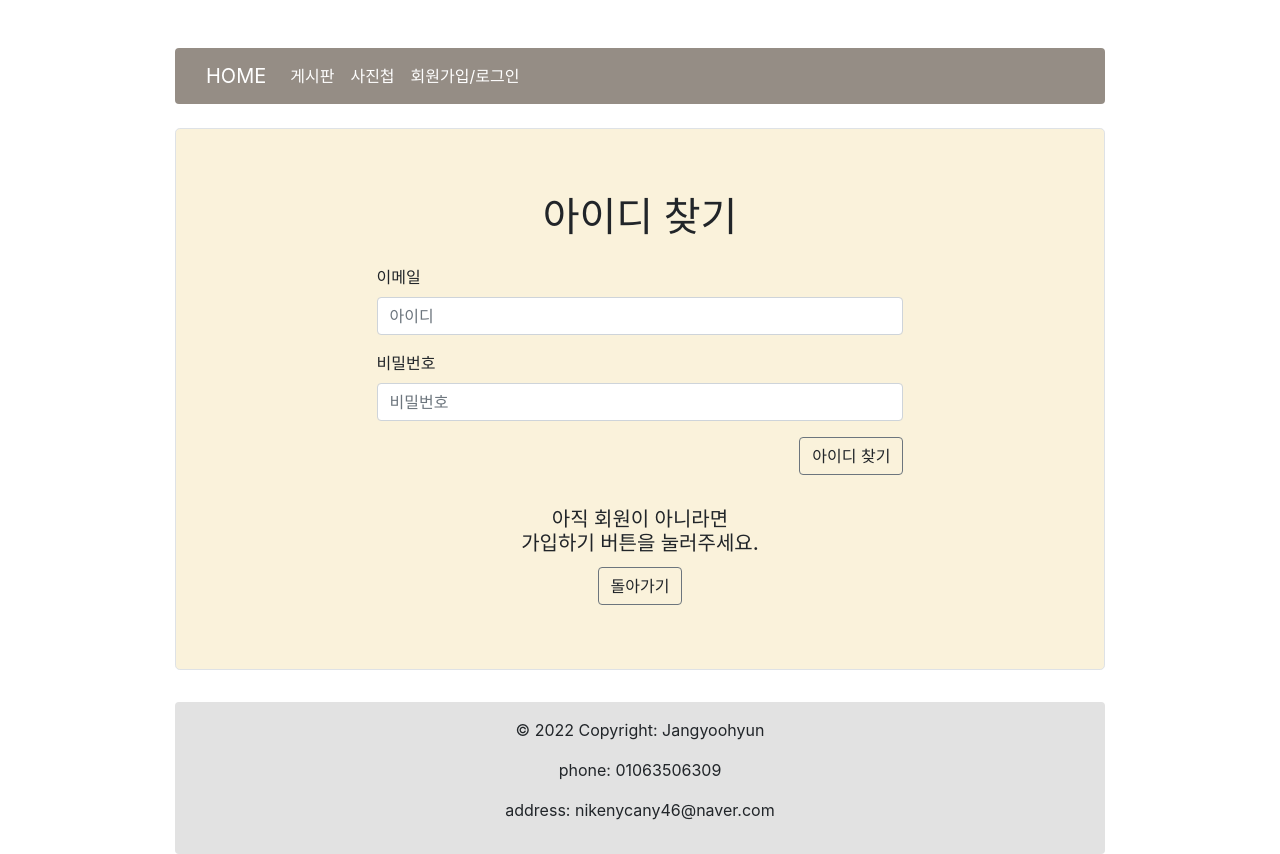
Repository: jangyoohyun/toyProject
Page: http://localhost/toyproject/WEB-INF/views/auth/findUsername.jsp
An editor plug-in stored every save of this project. The page is shown before and after the next save, followed by the edit.
The browser window is 1280 px wide. The pictures show the whole page.
Some web libraries are served in a nearby version. The page is served by Tomcat 9. Nobody is signed in. The template is opened directly, without the code that normally fills it, so the values that code supplies are empty.

Above is the page before, as saved 2022-03-04 14:07:05.

After the next save:
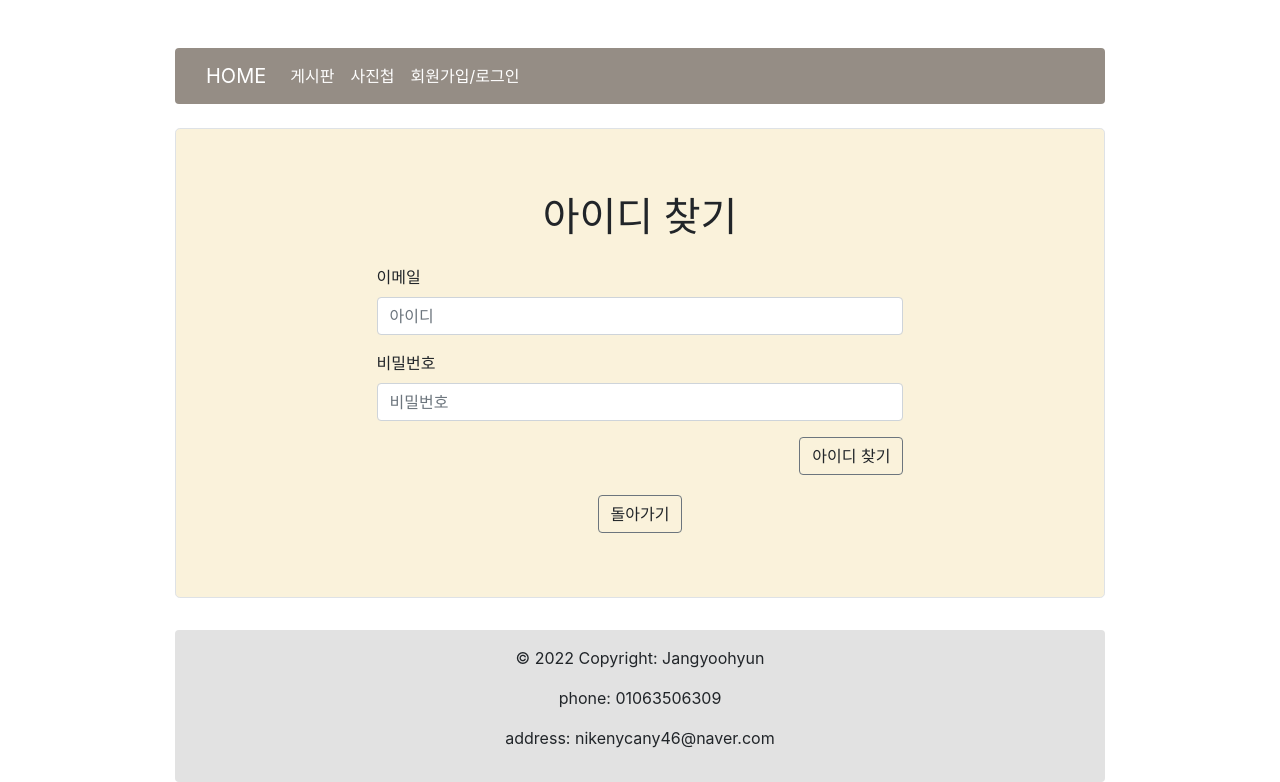
Saved 7 s later.
--- a/Study/toyproject/src/main/webapp/WEB-INF/views/auth/findUsername.jsp
+++ b/Study/toyproject/src/main/webapp/WEB-INF/views/auth/findUsername.jsp
@@ -27,7 +27,6 @@
 				</div>
 		</form>
 
-		<h5 class="text-center mt-3">아직 회원이 아니라면 <br/>가입하기 버튼을 눌러주세요.</h5>
 		<div class="text-center">
 			<a href="<c:url value="/auth/signUpForm"/>"><button class="btn border-secondary mt-1">돌아가기</button></a>
 		</div>
